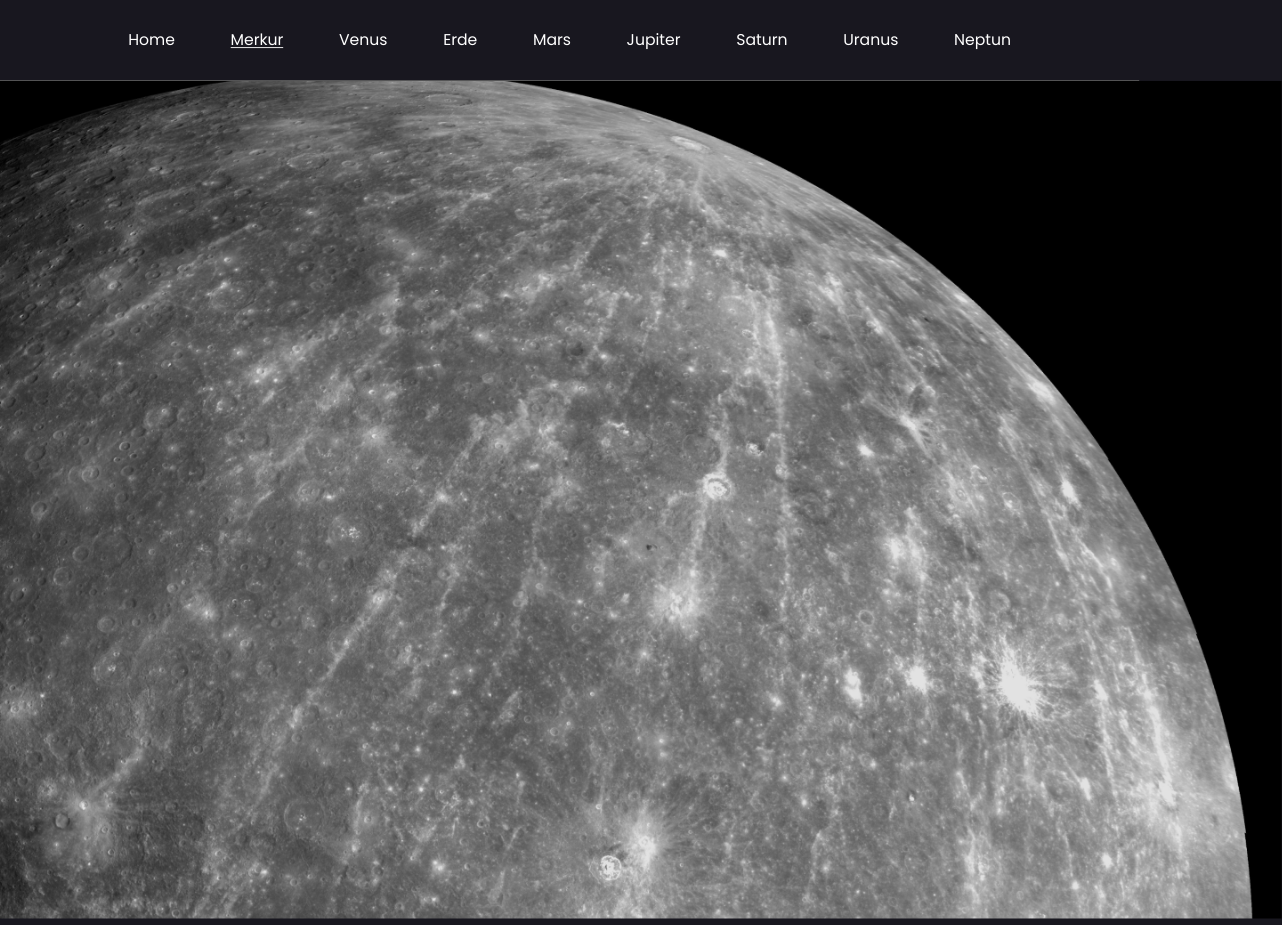
Repository: moreno-livak/solar
Page: dist/html/merkur.html
The author's editor kept a copy of each file at every save. The page is drawn from the files as they stood at one save, then again after the next save.
The browser window is 1280 px wide. The page is 1440 px wide, then 1280 px, so the pictures cover 1440 px, including what lies to the right of the window. The pictures show the whole page, at 89% of full size.
The style sheet was rebuilt from its Sass, Less or Tailwind sources for each picture, by a compiler version that may differ from the author's.

Above is the page before, as saved 2022-05-07 12:48:37.
Console error: TypeError: Cannot read properties of null (reading 'getAttribute')

After the next save:
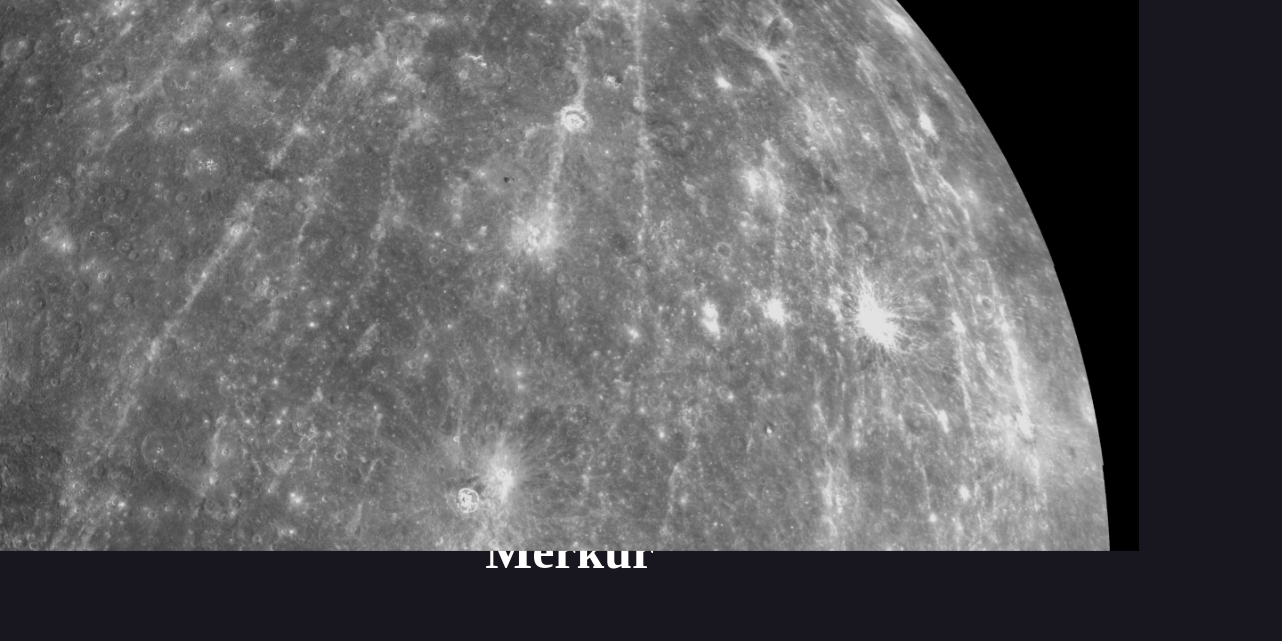
Saved 28 s later.
--- a/src/scss/home.scss
+++ b/src/scss/home.scss
@@ -508,6 +508,11 @@ div.sketchfab-embed-wrapper{
         height: 33rem;
         width: 100%;
         position: relative;
+        img {
+            position: absolute;
+            right: 0;
+            bottom: 0;
+        }
     }
     h1{
         font-size: $main-title;
